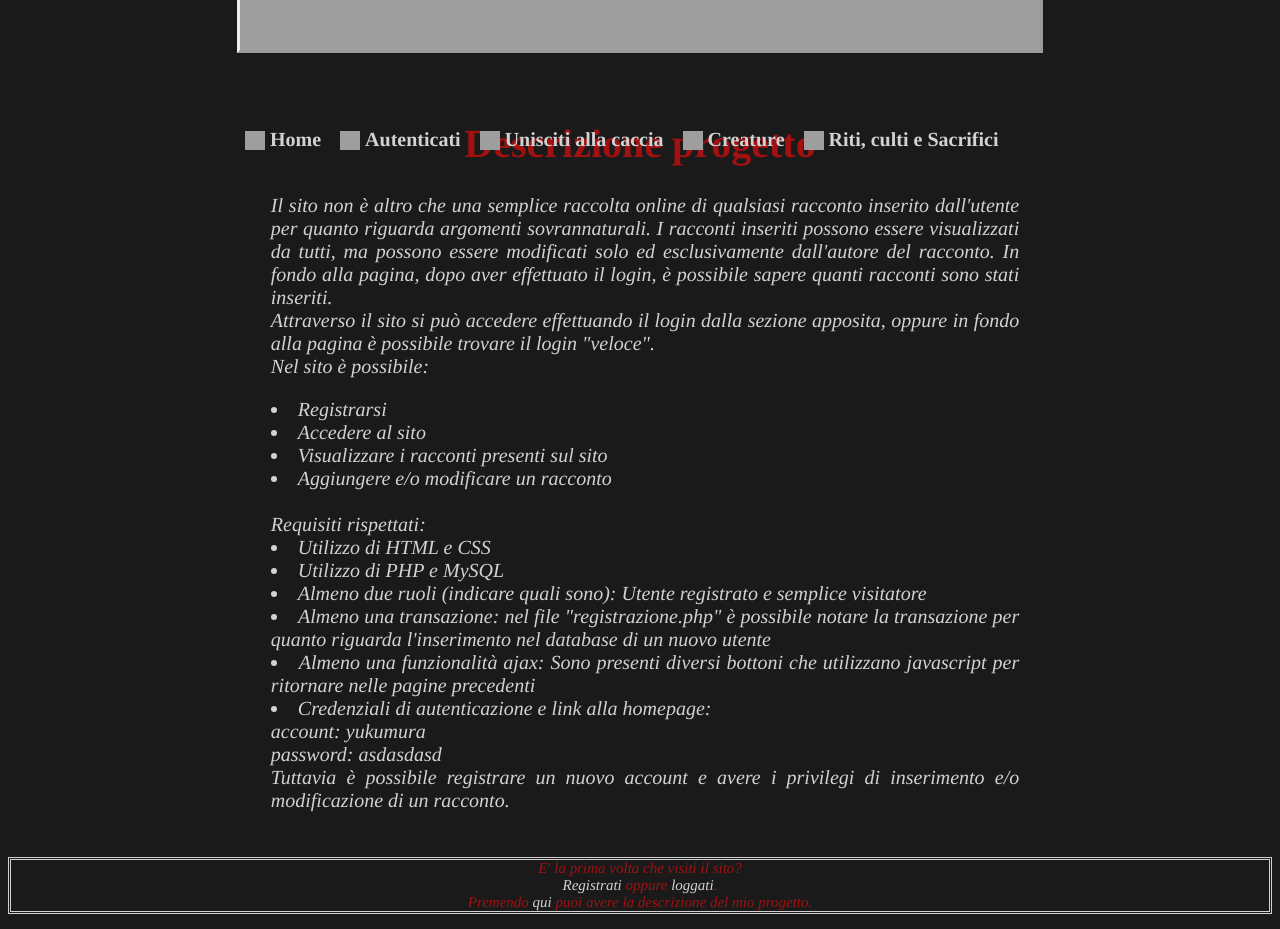
Repository: yukumura/yukumura-s-project
Page: http://localhost/descrizione.php
The author's editor kept a record of every edit. The page is drawn from the files as they stood at one moment, then again after the next edit.
The browser window is 1280 px wide. The pictures show the part of the page from y = 183 to 1135 px (the page is 1112 px tall before and 1135 px after).
Pictures or frames that could not be fetched are drawn as grey boxes. The page is run by PHP 8.4 with error messages shown; the project is at /var/www/html/.

Above is the page before.

After the next edit:
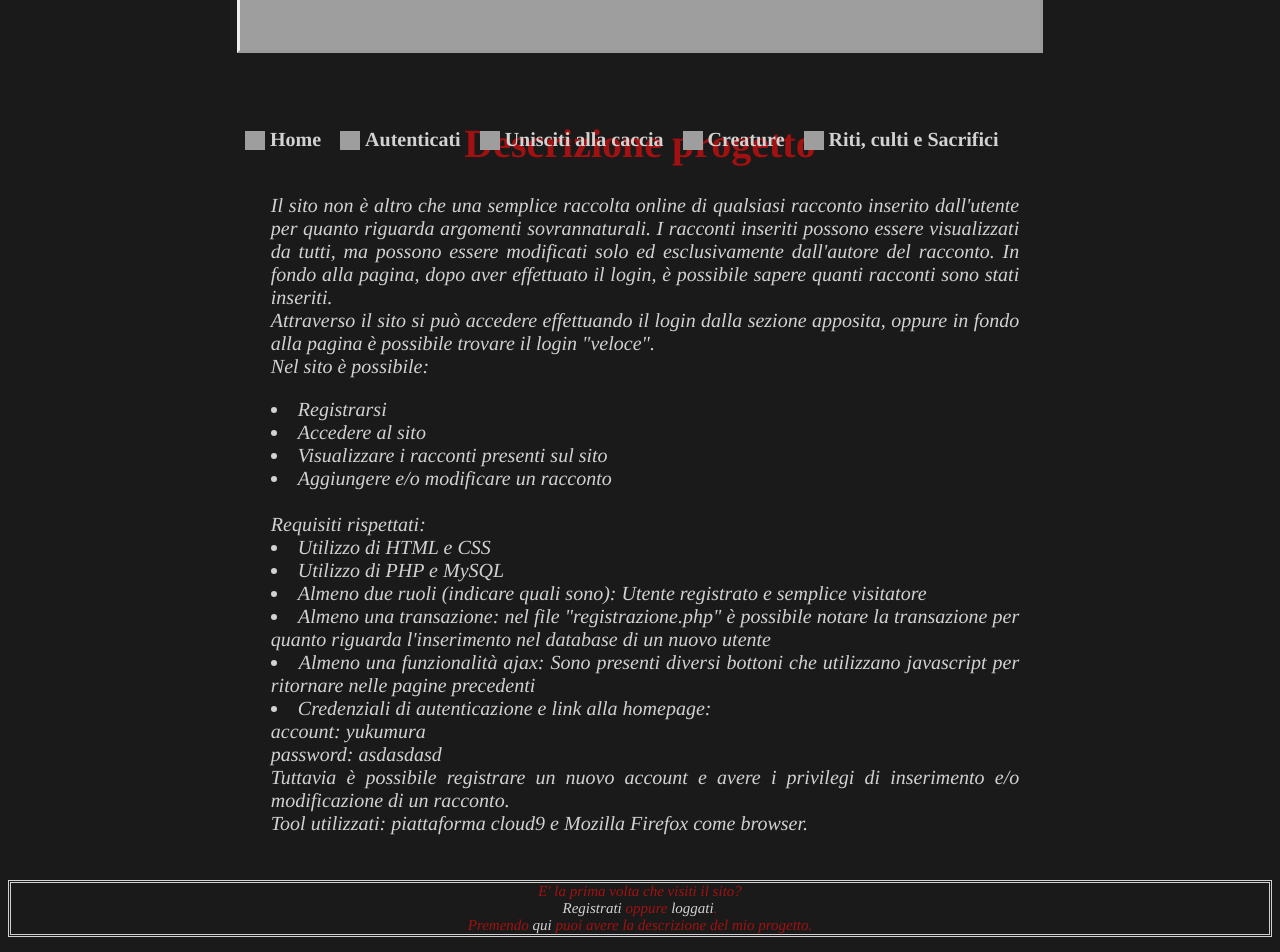
The edit:
--- a/descrizione.php
+++ b/descrizione.php
@@ -41,7 +41,9 @@
     <li>Almeno due ruoli (indicare quali sono): Utente registrato e semplice visitatore</li>
     <li>Almeno una transazione: nel file "registrazione.php" è possibile notare la transazione per quanto riguarda l'inserimento nel database di un nuovo utente</li>
     <li>Almeno una funzionalità ajax: Sono presenti diversi bottoni che utilizzano javascript per ritornare nelle pagine precedenti</li>
-    <li>Credenziali di autenticazione e link alla homepage:<br> account: yukumura<br>password: asdasdasd<br>Tuttavia è possibile registrare un nuovo account e avere i privilegi di inserimento e/o modificazione di un racconto.</li></div>
+    <li>Credenziali di autenticazione e link alla homepage:<br> account: yukumura<br>password: asdasdasd<br>Tuttavia è possibile registrare un nuovo account e avere i privilegi di inserimento e/o modificazione di un racconto.</li>
+    Tool utilizzati: piattaforma cloud9 e Mozilla Firefox come browser.
+    </div>
     </div>
     <?php
 include('piepagina.php');
